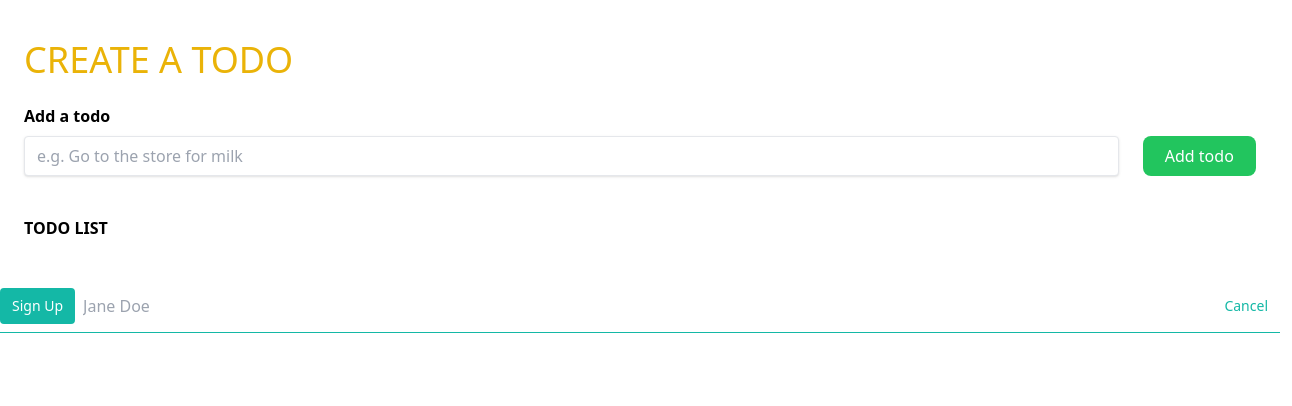
Repository: Kajo-lab/vue-todo
Page: /
These files come from the project's save history. The page is drawn as it stood at one moment and after the next save; the edit follows.
The browser window is 1280 px wide. The page is 1280 px wide, then 1292 px, so the pictures cover 1292 px, including what lies to the right of the window. The pictures show the whole page.
The project was rebuilt for these pictures with package versions that can differ from the ones it lists, and the page was loaded fresh each time. Also part of the build but not shown: vite.config.js, webpack.config.js.

Above is the page before, as saved 2022-07-07 18:06:28.

### src/main.js
import { createApp } from 'vue'
import App from './App.vue'
import "./assets/tailwind.css";

createApp(App).mount('#app')

### src/App.vue
<script setup>
import { ref, onMounted, computed, watch } from 'vue'

const todos = ref([])
const name = ref('')

const input_content = ref('')

const todos_asc = computed(() => todos.value.sort((a,b) =>{
	return a.createdAt - b.createdAt
}))

watch(name, (newVal) => {
	localStorage.setItem('name', newVal)
})

watch(todos, (newVal) => {
	localStorage.setItem('todos', JSON.stringify(newVal))
}, {
	deep: true
})

const addTodo = () => {
  if (input_content.value.trim() === '') {
    return
  }

	todos.value.push({
		content: input_content.value,
		done: false,
		editable: false,
		createdAt: new Date().getTime()
	})

	input_content.value = ''
}

const removeTodo = (todo) => {
	todos.value = todos.value.filter((t) => t !== todo)
}

onMounted(() => {
	name.value = localStorage.getItem('name') || ''
	todos.value = JSON.parse(localStorage.getItem('todos')) || []
})
</script>

<template>

<main>
	<div class="relative bg-white px-6 pt-10 pb-8">
		<section class="mb-10">
		<h1 class="text-4xl text-yellow-500 mb-6">CREATE A TODO</h1>
				<h3 class="mb-2 font-bold">Add a todo</h3>
				<form id="new-todo-form" class="flex gap-6" @submit.prevent="addTodo">
					<input
						class="shadow appearance-none border rounded w-full py-2 px-3 text-gray-700 leading-tight focus:outline-none focus:shadow-outline"
						type="text"
						name="content"
						id="content"
						placeholder="e.g. Go to the store for milk"
						v-model="input_content" />

					<input type="submit" value="Add todo" class="h-10 w-32 text-white rounded-lg bg-green-500 hover:bg-green-600"/>
				</form>
		</section>

		<section>
				<h3 class="mb-2 font-bold">TODO LIST</h3>
				<div id="todo-list">
					<div class="flex mb-4" v-for="todo in todos_asc" :class="`todo-item ${todo.done && 'done'}`">

						<div class="flex gap-6 w-full max-w-sm todo-content ">
						<label>
							<input type="checkbox" v-model="todo.done" />
							<span class="bubble"></span>
						</label>


							<input
							class=" shadow appearance-none border-none rounded w-full py-2 px-3 text-gray-700 leading-tight focus:outline-none focus:shadow-outline"
							type="text"
							v-model="todo.content" />

							<button class="h-10 w-20 text-white rounded-lg bg-red-500 hover:bg-red-600" @click="removeTodo(todo)">Delete</button>
						</div>
					</div>

				</div>
		</section>
	</div>



  <div class="flex items-center border-b border-teal-500 py-2">
	    <button class="flex-shrink-0 bg-teal-500 hover:bg-teal-700 border-teal-500 hover:border-teal-700 text-sm border-4 text-white py-1 px-2 rounded" type="button">
      Sign Up
    </button>
    <input class="appearance-none bg-transparent border-none w-full text-gray-700 mr-3 py-1 px-2 leading-tight focus:outline-none" type="text" placeholder="Jane Doe" aria-label="Full name">

    <button class="flex-shrink-0 border-transparent border-4 text-teal-500 hover:text-teal-800 text-sm py-1 px-2 rounded" type="button">
      Cancel
    </button>
  </div>

</main>





</template>

<style src="./assets/tailwind.css"></style>

### src/assets/tailwind.css
@tailwind base;
@tailwind components;
@tailwind utilities;


.bubble {
	display: flex;
	align-items: center;
	justify-content: center;
	width: 20px;
	height: 20px;
	border-radius: 50%;
	border: 2px solid var(--business);
	box-shadow: var(--business-glow);
}


.todo-item label {
    @apply block mr-4 cursor-pointer ;
}


.todo-item.done .todo-content input {
	text-decoration: line-through;
	color: gray;
}

Loaded but not shown: tailwind.config.js (common file)

After the next save:
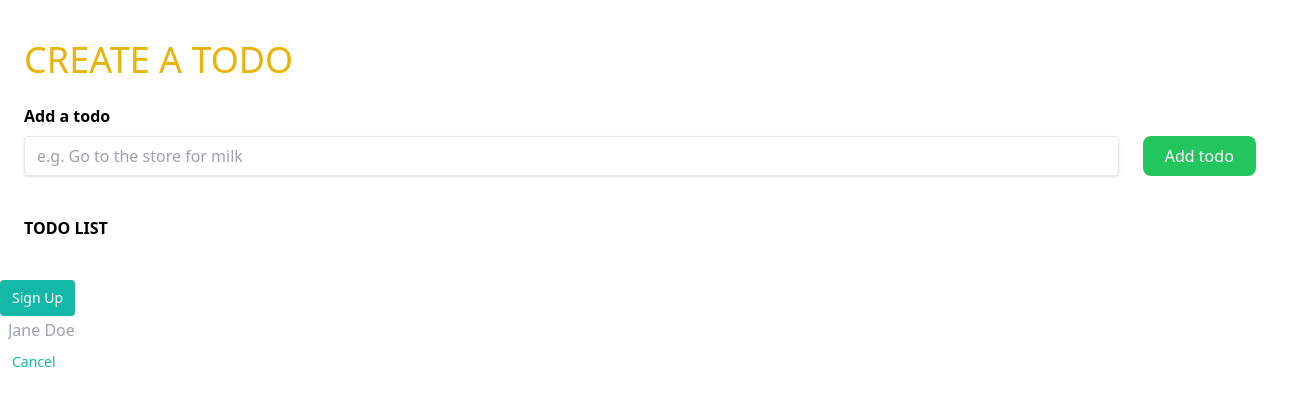
Saved 62 s later.
--- a/src/App.vue
+++ b/src/App.vue
@@ -70,7 +70,7 @@ onMounted(() => {
 				<div id="todo-list">
 					<div class="flex mb-4" v-for="todo in todos_asc" :class="`todo-item ${todo.done && 'done'}`">
 
-						<div class="flex gap-6 w-full max-w-sm todo-content ">
+						<div class="todo-content flex gap-6 items-center border-b border-teal-500 py-2">
 						<label>
 							<input type="checkbox" v-model="todo.done" />
 							<span class="bubble"></span>
@@ -92,7 +92,7 @@ onMounted(() => {
 
 
 
-  <div class="flex items-center border-b border-teal-500 py-2">
+  <div class="">
 	    <button class="flex-shrink-0 bg-teal-500 hover:bg-teal-700 border-teal-500 hover:border-teal-700 text-sm border-4 text-white py-1 px-2 rounded" type="button">
       Sign Up
     </button>
